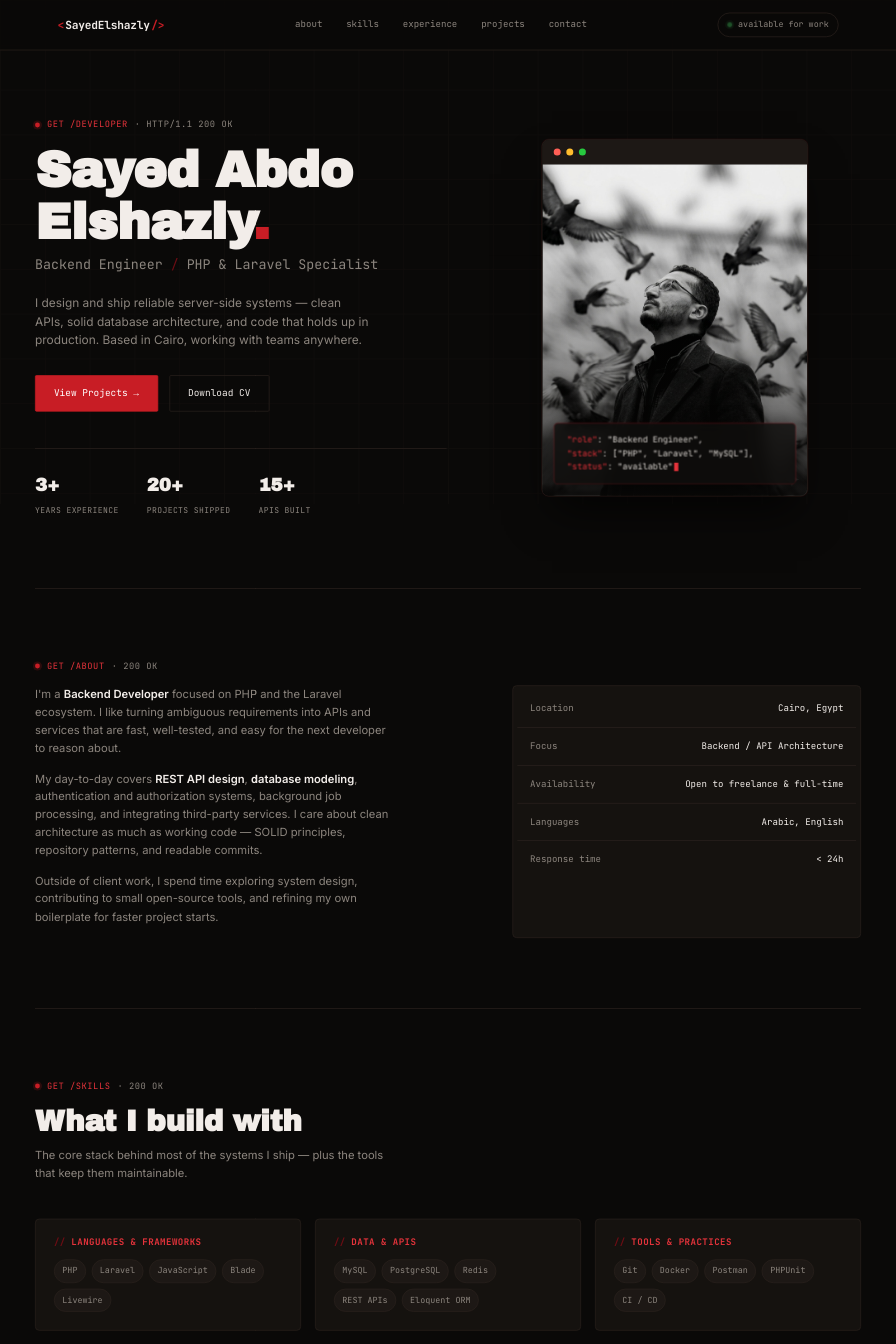
Repository: sayedelshazly/Portfolio.SE
Page: index.html
The author's editor kept a copy of each file at every save. The page is drawn from the files as they stood at one save, then again after the next save.
The browser window is 1280 px wide. The pictures show the part of the page from y = 0 to 1920 px (the page is 4839 px tall), at 70% of full size.

Above is the page before, as saved 2026-10-03 14:54:32.

After the next save:
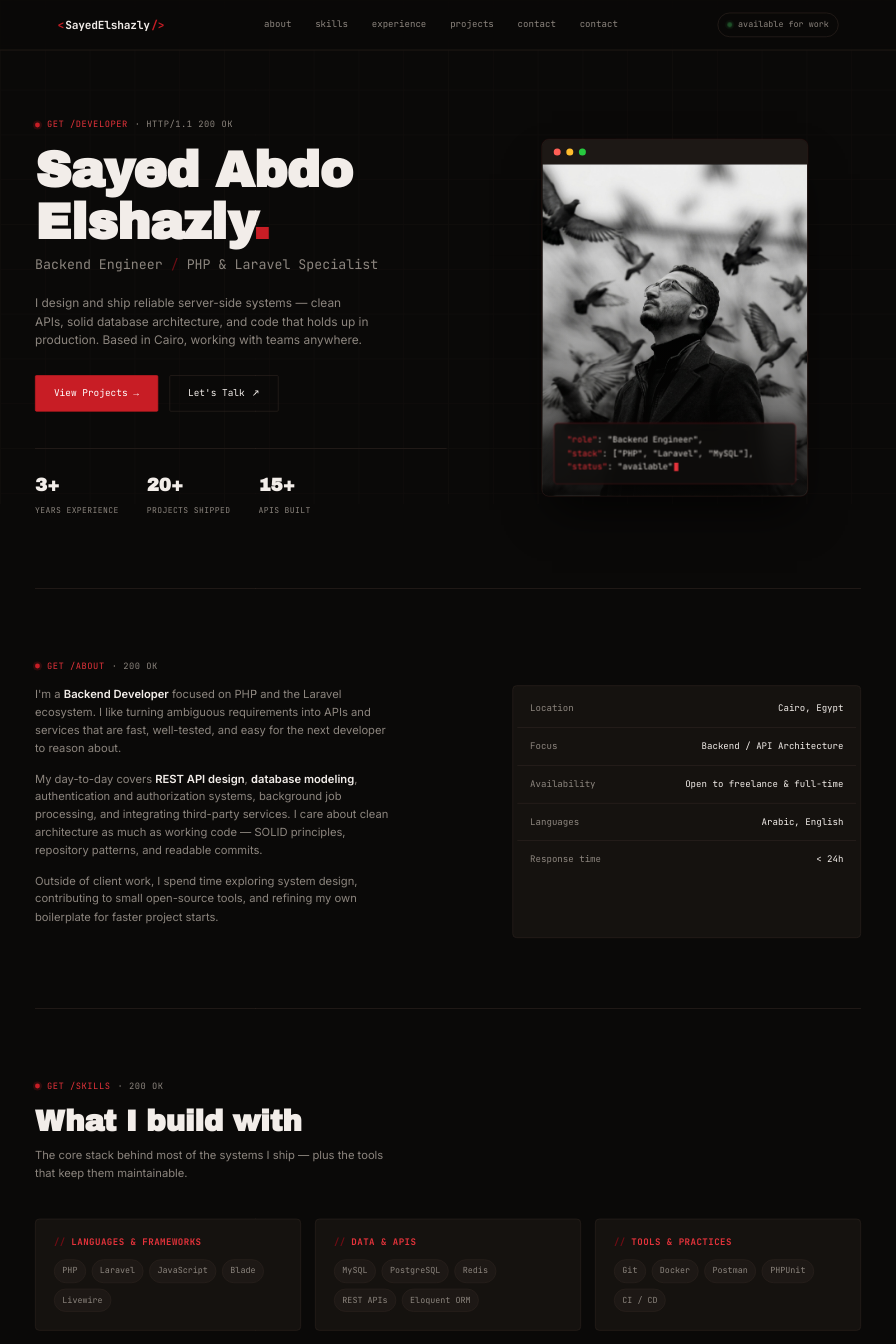
Saved 104 s later.
--- a/index.html
+++ b/index.html
@@ -4,8 +4,11 @@
 <head>
   <meta charset="UTF-8">
   <meta name="viewport" content="width=device-width, initial-scale=1.0">
-  <meta name="viewport" content="width=device-width, initial-scale=1.0">
   <title>Sayed Elshazly — Backend Engineer</title>
+  <script>
+    document.documentElement.classList.add('is-loading');
+    window.__pageLoadStartedAt = performance.now();
+  </script>
   <link rel="preconnect" href="https://fonts.googleapis.com">
   <link rel="preconnect" href="https://fonts.gstatic.com" crossorigin>
   <link
@@ -16,14 +19,25 @@
 
 <body>
 
+  <div class="preloader" id="preloader" role="status" aria-live="polite" aria-label="Loading website">
+    <div class="loader-content">
+      <span class="loader-mark"><span>&lt;</span>SE<span>/&gt;</span></span>
+      <span class="loader-spinner" aria-hidden="true"></span>
+      <span class="loader-text">Preparing your experience</span>
+      <span class="loader-progress" aria-hidden="true"><span></span></span>
+    </div>
+  </div>
+
   <header>
+    <div class="reading-progress" aria-hidden="true"><span id="readingProgress"></span></div>
     <nav>
-      <div class="logo"><span class="br">&lt;</span>SayedElshazly<span class="br">/&gt;</span></div>
+      <a class="logo" href="#top" aria-label="Sayed Elshazly, back to top"><span class="br">&lt;</span>SayedElshazly<span class="br">/&gt;</span></a>
       <ul class="nav-links">
         <li><a href="#about">about</a></li>
         <li><a href="#skills">skills</a></li>
         <li><a href="#experience">experience</a></li>
         <li><a href="#projects">projects</a></li>
+        <li><a href="#contact">contact</a></li>
         <li><a href="#contact">contact</a></li>
       </ul>
       <div class="status-pill"><span class="dot"></span><span class="label">available for work</span></div>
@@ -43,7 +57,7 @@
           anywhere.</p>
         <div class="btn-row">
           <a href="#projects" class="btn btn-primary">View Projects →</a>
-          <a href="#" class="btn btn-ghost">Download CV</a>
+          <a href="#contact" class="btn btn-ghost">Let's Talk <span aria-hidden="true">↗</span></a>
         </div>
         <div class="stat-row">
           <div class="stat"><b>3+</b><span>Years Experience</span></div>
@@ -58,7 +72,7 @@
           <!-- <span class="tpath">~/portfolio/profile.jpg</span> -->
         </div>
         <div class="term-photo">
-          <img src="./portrait2.jpeg" alt="Portrait of YOUR NAME, backend engineer">
+          <img src="./portrait2.jpeg" alt="Portrait of Sayed Elshazly, backend engineer">
           <div class="scan"></div>
           <div class="term-json">
             <span class="k">"role"</span>: <span class="s">"Backend Engineer"</span>,<br>
@@ -150,9 +164,9 @@
           </div>
           <h3>Backend Developer <span>@ Company Name</span></h3>
           <ul>
-            <li>Designed and maintained REST APIs serving [X] requests/day across [product area]</li>
-            <li>Reduced average response time by [X]% through query optimization and caching</li>
-            <li>Led migration from [old system] to a Laravel-based service architecture</li>
+            <li>Designed and maintained REST APIs for production applications</li>
+            <li>Improved response times through query optimization and caching</li>
+            <li>Contributed to Laravel service architecture and system migrations</li>
           </ul>
           <div class="tag-row"><span class="tag">Laravel</span><span class="tag">MySQL</span><span
               class="tag">Redis</span></div>
@@ -164,7 +178,7 @@
           </div>
           <h3>PHP Developer <span>@ Previous Company</span></h3>
           <ul>
-            <li>Built and shipped [X] internal tools used by [X] team members</li>
+            <li>Built internal tools to streamline team workflows</li>
             <li>Implemented authentication and role-based access control system</li>
             <li>Collaborated with frontend team to define API contracts and documentation</li>
           </ul>
@@ -178,7 +192,7 @@
           </div>
           <h3>Junior Web Developer <span>@ First Company</span></h3>
           <ul>
-            <li>Developed and maintained features across [X] client projects</li>
+            <li>Developed and maintained features across client projects</li>
             <li>Learned production-grade Laravel practices and code review discipline</li>
           </ul>
           <div class="tag-row"><span class="tag">PHP</span><span class="tag">MySQL</span></div>
@@ -203,8 +217,7 @@
           </div>
           <div class="pc-body">
             <h3>Project Name — Inventory API</h3>
-            <p>A multi-tenant inventory and order management API built with Laravel, handling
-              [X] SKUs and real-time stock sync across warehouses.</p>
+            <p>A Laravel inventory and order management API with stock tracking across warehouse locations.</p>
             <div class="tag-row" style="margin-bottom:18px;">
               <span class="tag">Laravel</span><span class="tag">MySQL</span><span class="tag">Redis</span>
             </div>
@@ -243,8 +256,7 @@
           </div>
           <div class="pc-body">
             <h3>Project Name — Analytics Service</h3>
-            <p>Internal reporting API aggregating events from [X] sources with scheduled jobs
-              and exportable CSV/PDF reports.</p>
+            <p>An internal reporting API that aggregates events with scheduled jobs and exportable CSV/PDF reports.</p>
             <div class="tag-row" style="margin-bottom:18px;">
               <span class="tag">PHP</span><span class="tag">MySQL</span><span class="tag">Queues</span>
             </div>
@@ -264,7 +276,7 @@
           <div class="pc-body">
             <h3>Project Name — Auth Microservice</h3>
             <p>Standalone authentication service with JWT, role-based permissions, and
-              rate-limited endpoints, plugged into [X] client applications.</p>
+              and rate-limited endpoints for secure client applications.</p>
             <div class="tag-row" style="margin-bottom:18px;">
               <span class="tag">Laravel Sanctum</span><span class="tag">Redis</span><span class="tag">Docker</span>
             </div>
@@ -328,6 +340,8 @@
     </div>
   </footer>
 
+  <a class="back-to-top" href="#top" aria-label="Back to top">↑</a>
+
   <script src="/main.js"></script>
 
 </body>
